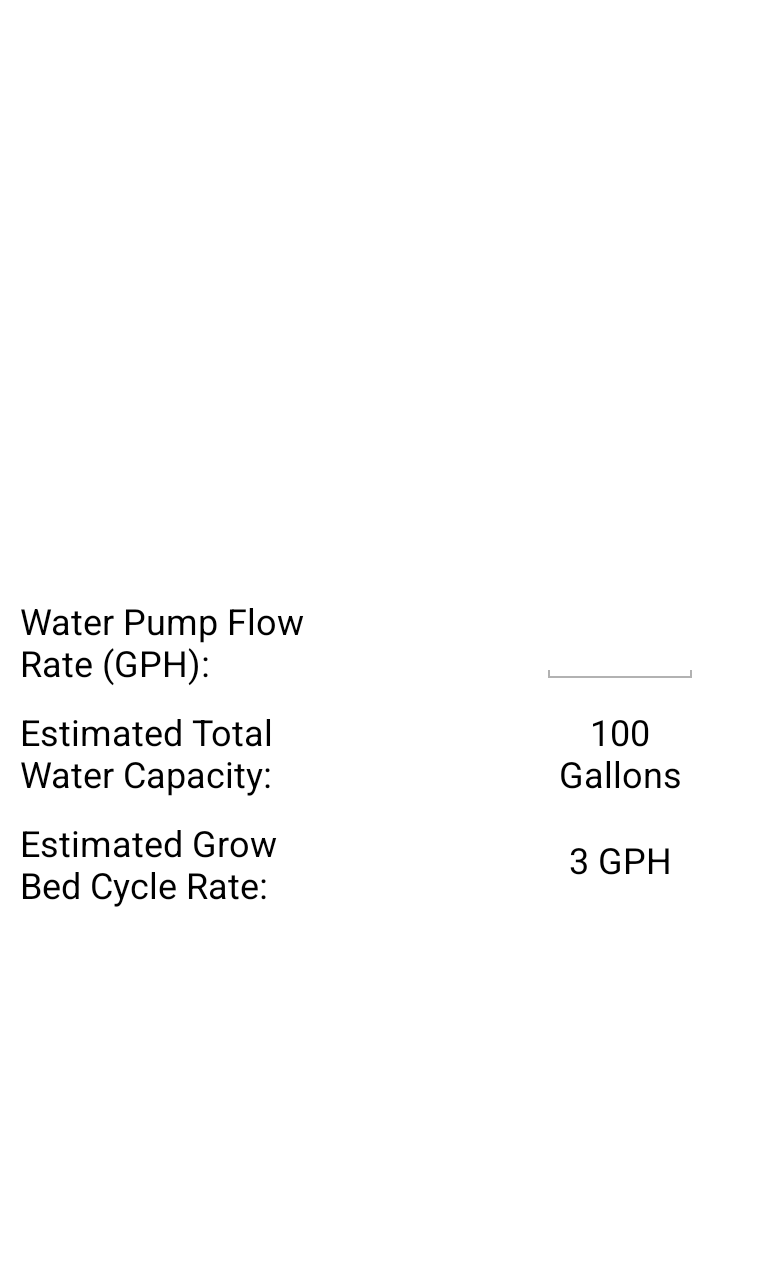
Repository: laurenelder/APD2_1411_Aqua-pHarm
Layout: AquaPHarm/res/layout/activity_main.xml
The author's editor kept a copy of each file at every save. The layout is drawn from the files as they stood at one save, then again after the next save.
It is drawn on a 768 x 1280 px phone screen (xhdpi) without system bars, with theme AppTheme; the app's code is not run. Lists and similar views that code fills are empty.

Above is the layout before, as saved 2014-11-07 02:13:20.

After the next save:
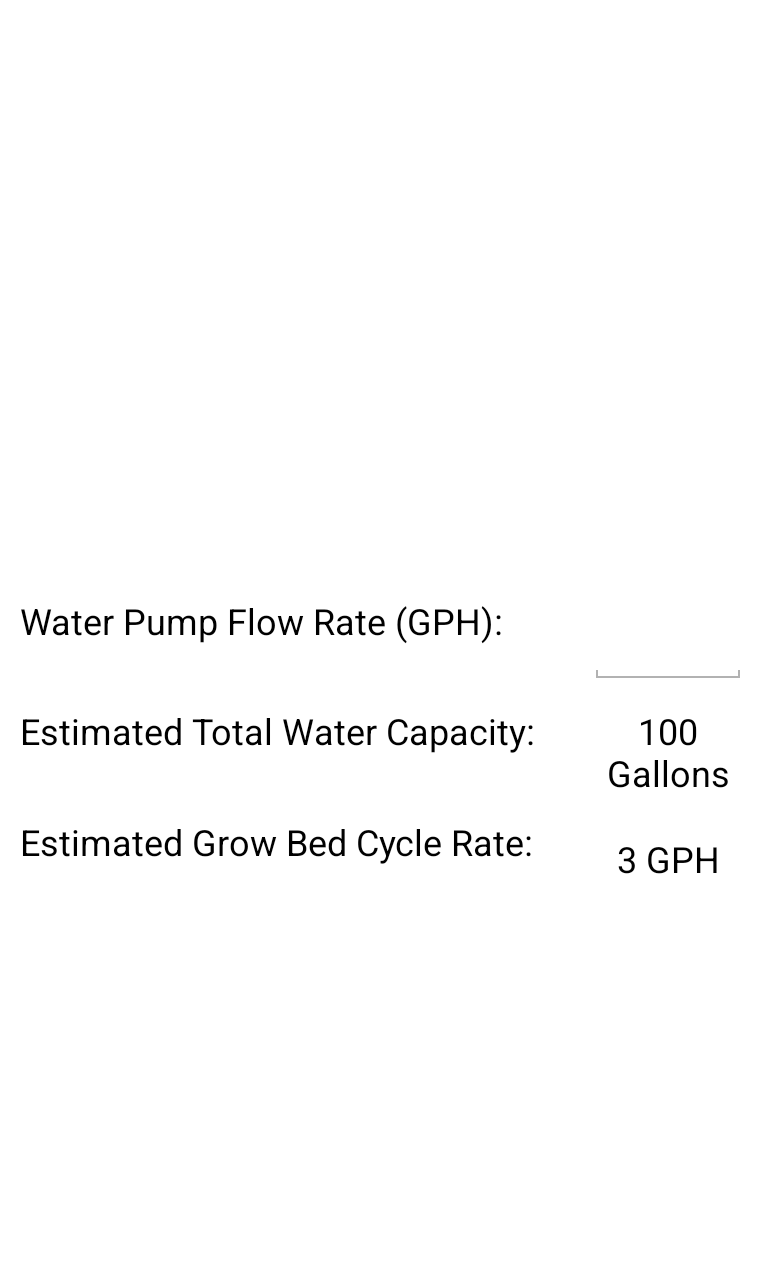
Saved 93 s later.
--- a/AquaPHarm/res/layout/activity_main.xml
+++ b/AquaPHarm/res/layout/activity_main.xml
@@ -21,6 +21,7 @@
         <TextView
             android:layout_width="150dp"
             android:layout_height="wrap_content"
+            android:layout_weight="1"
             android:text="@string/water_rate_label"
             android:textAppearance="?android:attr/textAppearanceMedium"
             android:layout_gravity="left" />
@@ -29,7 +30,7 @@
             android:id="@+id/waterInput"
             android:layout_width="80dp"
             android:layout_height="45dp"
-            android:layout_marginLeft="110dp"
+            android:layout_weight="0"
             android:inputType="number"
             android:gravity="center"
             android:layout_gravity="right" />
@@ -47,6 +48,7 @@
         <TextView
             android:layout_width="150dp"
             android:layout_height="wrap_content"
+            android:layout_weight="1"
             android:text="@string/water_capacity_label"
             android:textAppearance="?android:attr/textAppearanceMedium"
             android:layout_gravity="left" />
@@ -55,7 +57,7 @@
             android:id="@+id/waterOutput"
             android:layout_width="80dp"
             android:layout_height="wrap_content"
-            android:layout_marginLeft="110dp"
+            android:layout_weight="0"
             android:text="100 Gallons"
             android:textAppearance="?android:attr/textAppearanceMedium"
             android:gravity="center"
@@ -74,6 +76,7 @@
         <TextView
             android:layout_width="150dp"
             android:layout_height="wrap_content"
+            android:layout_weight="1"
             android:text="@string/bed_rate_label"
             android:textAppearance="?android:attr/textAppearanceMedium"
             android:layout_gravity="left" />
@@ -82,7 +85,7 @@
             android:id="@+id/bedOutput"
             android:layout_width="80dp"
             android:layout_height="42dp"
-            android:layout_marginLeft="110dp"
+            android:layout_weight="0"
             android:text="3 GPH"
             android:textAppearance="?android:attr/textAppearanceMedium"
             android:gravity="center"
